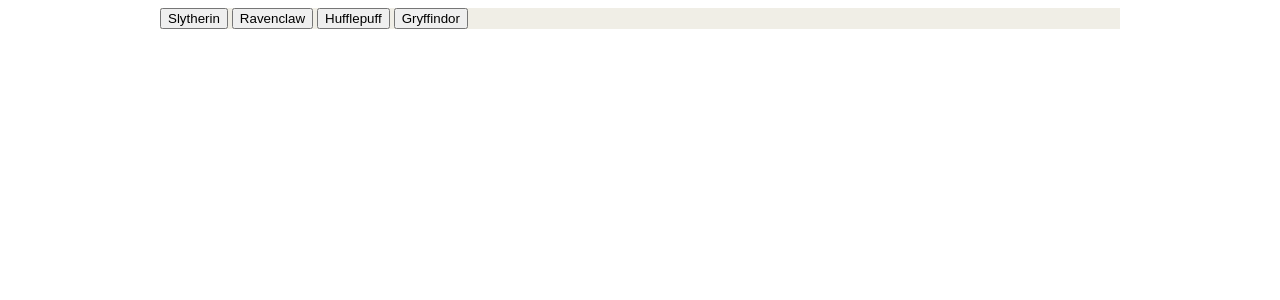
Repository: ZamlZam/INDIVIDUAL-PROJECT-sorting-hat
Page: index.html
An editor plug-in stored every save of this project. The page is shown before and after a run of saves, followed by the edit.
The browser window is 1280 px wide. The pictures show the whole page.

Above is the page before, as saved 2023-05-02 19:35:17.
Console error: ReferenceError: form is not defined

After the next 3 saves:
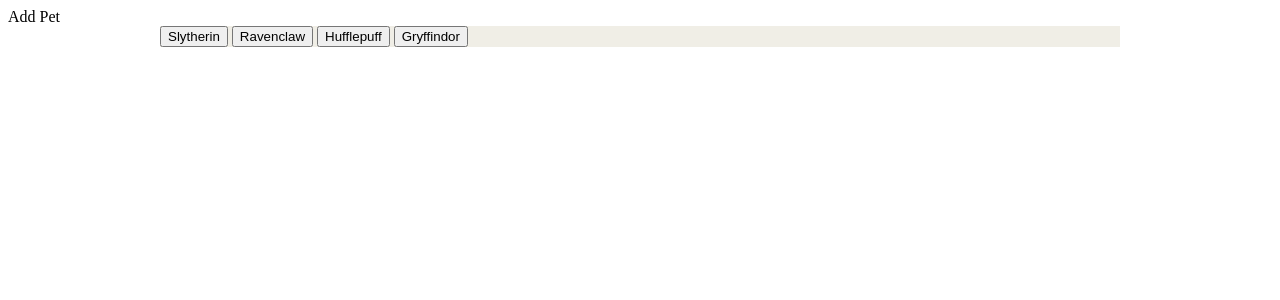
The 3 saves are shown as one change because they came seconds apart.
The last was saved 15 min 2 s later.
--- a/index.html
+++ b/index.html
@@ -11,7 +11,8 @@
   <div id="app"></div>
   <div id ="newUser"></div>
   <div id ="expelled"></div>
-
+  <!
+  <button type="submit" class="btn btn-success" id="form-submit">Add Pet</button>
      <!-- Footer with flex-container -->
     <div class="card-footer">
       <!-- <div class="flex-container"> -->
